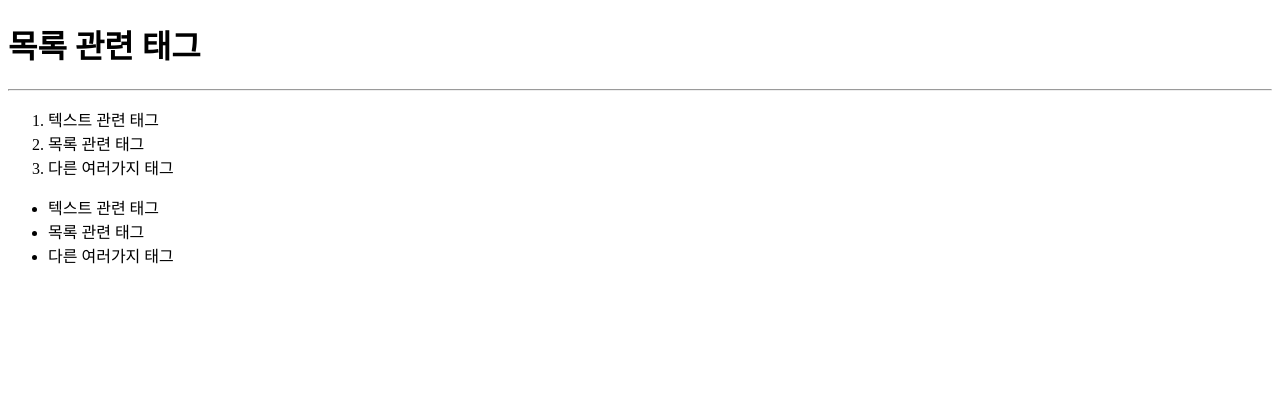
Repository: yhj4130/WebStudy
Page: WebApp01/WebContent/Test002.html
These files come from the project's save history. The page is drawn as it stood at one moment and after the next save; the edit follows.
The browser window is 1280 px wide. The pictures show the whole page.

Above is the page before, as saved 2019-04-29 07:20:07.

### WebApp01/WebContent/Test002.html
<!DOCTYPE html>
<html>
<head>
<meta charset="UTF-8">
<title>Test002.html</title>
</head>
<body>

<div>
	<h1>목록 관련 태그</h1>
	<hr>
</div>

<div>
	<ol>
		<li>텍스트 관련 태그</li>
		<li>목록 관련 태그</li>
		<li>다른 여러가지 태그</li>
	</ol>

	<ul>
		<li>텍스트 관련 태그</li>
		<li>목록 관련 태그</li>
		<li>다른 여러가지 태그</li>
	</ul>
</div>

</body>
</html>

After the next save:
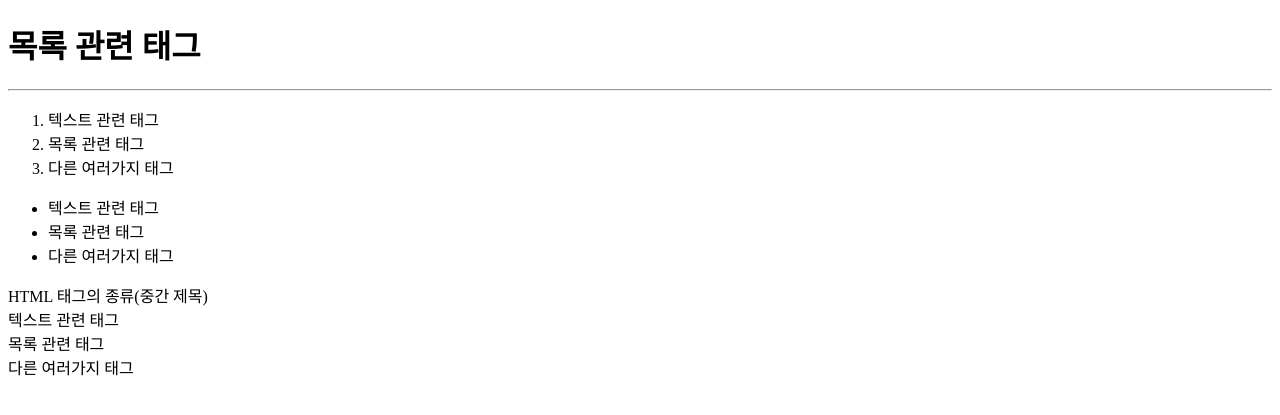
Saved 75 s later.
--- a/WebApp01/WebContent/Test002.html
+++ b/WebApp01/WebContent/Test002.html
@@ -23,6 +23,13 @@
 		<li>목록 관련 태그</li>
 		<li>다른 여러가지 태그</li>
 	</ul>
+
+	<dl>
+		<dt>HTML 태그의 종류(중간 제목)</dt>
+		<dt>텍스트 관련 태그</dt>
+		<dt>목록 관련 태그</dt>
+		<dt>다른 여러가지 태그</dt>
+	</dl>
 </div>
 
 </body>
